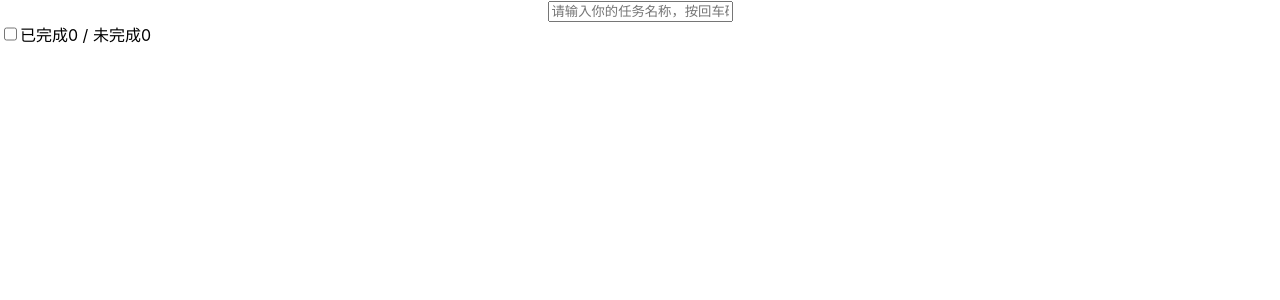
Repository: Gaays/React-todo-list
Page: /
An editor plug-in stored every save of this project. The page is shown before and after the next save, followed by the edit.
The browser window is 1280 px wide. The pictures show the whole page.
The project was rebuilt for these pictures with package versions that can differ from the ones it lists, and the page was loaded fresh each time. Also part of the build but not shown: src/components/TodoItem/index.css, src/components/TodoItem/index.jsx.

Above is the page before, as saved 2022-10-17 20:44:02.

### src/App.js
import './App.css';
import Todo from './components/Todo';

function App() {
  return (
    <div className="App">
      <Todo />
    </div>
  );
}

export default App;

### src/components/Todo/index.jsx
import React, { Component } from "react";
import './index.css'
import TodoItem from '../TodoItem'


class TodoInput extends Component {
  state = {
    label: ''
  }
  handleInput = (e) => {
    this.setState({ label: e.target.value })
  }
  handleSubmit = (e) => {
    if (e.code === 'Enter') {
      this.props.submit(this.state.label)
      this.setState({ label: '' })

    }
  }
  render() {
    return (
      <div>
        <input type="text" value={this.state.label} onChange={this.handleInput} onKeyUp={this.handleSubmit} placeholder="请输入你的任务名称，按回车确认" />
      </div>
    );
  }
}

export default class Todo extends Component {
  state = {
    list: [],
    checkAll: false
  }
  addListItem = (label) => {
    const id = Number(new Date())
    let list = this.state.list.slice()
    list.unshift({ label: label, id: id, check: false })
    this.setState(() => {
      return { list: list }
    })
  }
  changeState = (id, state) => {
    const newList = this.state.list.slice()
    const item = newList.find(item => item.id === id)
    let checkAll = false
    if (item) {
      item.check = state
    }
    if (this.state.list.length > 0 && this.getUndoneCount === 0) {
      checkAll = true
    }
    this.setState(() => {
      return { list: newList, checkAll: checkAll }
    })
  }

  handleCheckAll = () => {
    const checkAllFlag = !this.state.checkAll
    const list = this.state.list.slice()
    list.forEach(item => {
      item.check = checkAllFlag
    })
    this.setState(() => {
      return { list: list, checkAll: checkAllFlag }
    })
  }

  get getDoneCount() {
    const doneCount = this.state.list.filter(item => item.check).length
    return doneCount
  }

  get getUndoneCount() {
    return this.state.list.filter(item => item.check === false).length
  }


  render() {
    const todoList = this.state.list.map((item) => {
      return <TodoItem data={item} key={item.id} changeState={this.changeState} />
    })
    return (
      <div>
        <TodoInput submit={this.addListItem} />
        <div className="todo-list">{todoList}</div>
        <div className="state-box">
          <input type="checkbox" checked={this.state.checkAll} onChange={this.handleCheckAll} />
          <div>已完成{this.getDoneCount} / 未完成{this.getUndoneCount}</div>
        </div>
      </div>
    )
  }
}

### src/components/Todo/index.css
.title {
  color: aqua;
}

.todo-list{

}

.state-box{
  display: flex;
}

Loaded but not shown: public/index.html (common file); src/index.js (common file); src/index.css (common file); src/reportWebVitals.js (common file); src/App.css (common file)

After the next save:
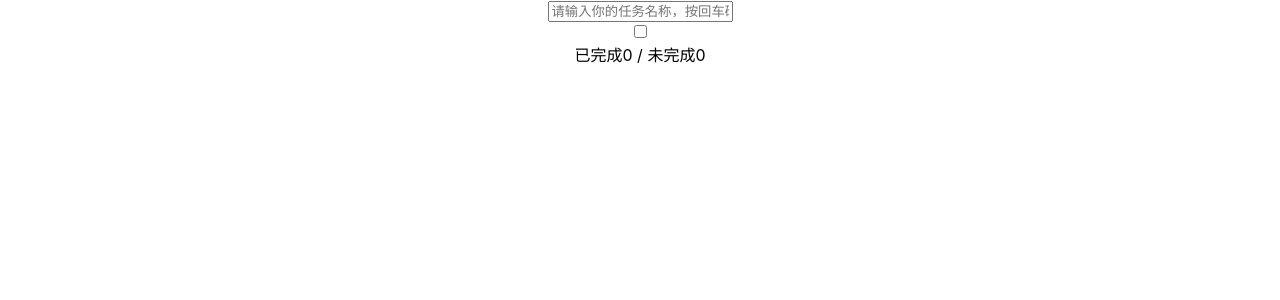
Saved 46 s later.
--- a/src/components/Todo/index.css
+++ b/src/components/Todo/index.css
@@ -1,11 +1,10 @@
-.title {
-  color: aqua;
+.todo-box {
+  text-align: center;
+  .todo-list {
+    border: 1px solid #000;
+  }
+
+  .state-box {
+    display: flex;
+  }
 }
-
-.todo-list{
-
-}
-
-.state-box{
-  display: flex;
-}
